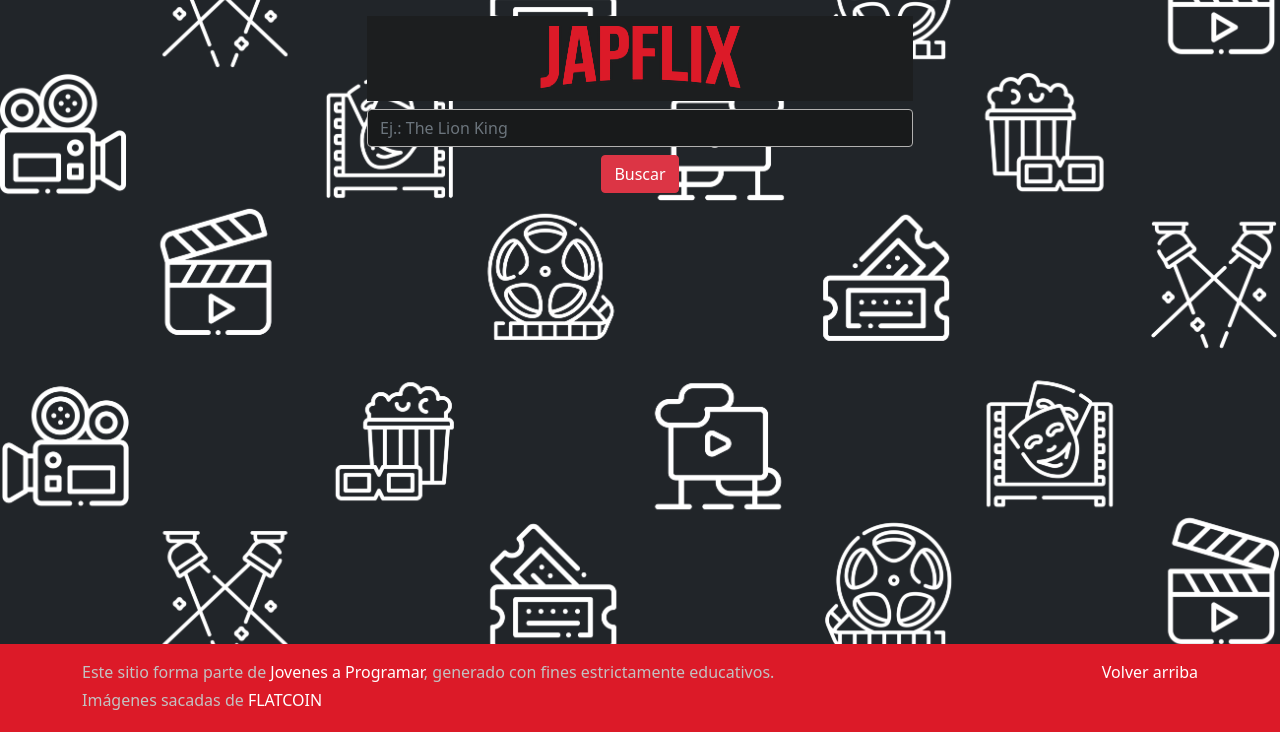
Repository: romancegirl/japflix
Page: index.html
These files come from the project's save history. The page is drawn as it stood at one moment and after the next save; the edit follows.
The browser window is 1280 px wide. The pictures show the whole page.
The page's requests for data from a server got no answer.

Above is the page before, as saved 2024-11-18 18:45:14.

### index.html
<!doctype html>
<html lang="es">

<head>
  <meta charset="utf-8">
  <meta name="viewport" content="width=device-width, initial-scale=1">
  <title>Japflix</title>

  <link href="css/bootstrap.min.css" rel="stylesheet">
  <link rel="stylesheet" href="https://cdnjs.cloudflare.com/ajax/libs/font-awesome/4.7.0/css/font-awesome.min.css">
  <link rel="stylesheet" href="css/style.css">

</head>

<body class="bg-dark d-flex flex-column min-vh-100">

  <main class="flex-grow-1">
    <div class="text-center container">
      <div class="row py-lg-3">
        <div class="col-lg-6 col-md-8 mx-auto">
          <h1 class="fw-light"><img src="img/japflix.png" alt=""></h1>
          <input type="search" class="form-control" name="buscar" id="inputBuscar" placeholder="Ej.: The Lion King">
          <button class="btn btn-danger m-2" id="btnBuscar">Buscar</button>
        </div>
      </div>
    </div>
    <div class="album">
      <ul class="list-group container" id="lista">
      </ul>
    </div>
  </main>

  <footer class="text-muted py-3">
    <div class="container">
      <p class="float-end mb-1">
        <a href="#">Volver arriba</a>
      </p>
      <p class="mb-1">Este sitio forma parte de <a href="https://jovenesaprogramar.edu.uy/" target="_blank">
        Jovenes a Programar</a>, generado con fines estrictamente educativos.</p>
        <p class="mb-1">Imágenes sacadas de <a href="https://www.flaticon.com/free-icon/" target="_blank">FLATCOIN</a></p>
    </div>
  </footer>

  <div class="offcanvas offcanvas-top text-bg-dark" id="movieDetails" tabindex="-1" aria-labelledby="movieDetailsLabel">
    <div class="offcanvas-header bg-dark text-bg-dark">
      <h4 id="movieTitle"></h4>
      <button type="button" class="btn-close btn-close-white" data-bs-dismiss="offcanvas" aria-label="Close"></button>
    </div>
    <div class="offcanvas-body bg-dark text-bg-dark">
      <p id="movieOverview"></p>
      <p><strong>Géneros:</strong> <span id="movieGenres"></span></p>
      <button class="btn btn-danger dropdown-toggle" data-bs-toggle="dropdown" aria-expanded="false" id="btnInfo">Más información</button>
      <ul class="dropdown-menu bg-dark text-bg-dark">
        <li><strong>Año de lanzamiento:</strong> <span id="movieYear"></span></li>
        <hr>
        <li><strong>Duración:</strong> <span id="movieDuration"></span> min</li>
        <hr>
        <li><strong>Presupuesto:</strong> $<span id="movieBudget"></span></li>
        <hr>
        <li><strong>Ganancias:</strong> $<span id="movieRevenue"></span></li>
      </ul>
    </div>
  </div>

  <script src="js/bootstrap.bundle.min.js"></script>
  <script src="js/script.js"></script>
</body>


</html>

### css/style.css
body {
    background-color: #1C1E1F;
    color: #B2B1B0;
    background-image: url('../img/background.png');
    background-size: contain;
    background-position: center;
}

input[type="search"] {
    background-color: #181A1B;
    border: 1px solid #B2B1B0;
    color: #B2B1B0;
}

input[type="search"]:focus {
    box-shadow: 0 0 10px #96242F;
    background-color: #181A1B;
    border: 1px solid #96242F;
    color: #B2B1B0;
}

.fw-light {
    background-color: #1C1E1F;
}

.offcanvas-body {
    background-color: #1C1E1F;
    color: #B2B1B0;
}

.img-card-fit {
    object-fit: cover;
    width: 100%;
    height: auto;
}

.img-cont {
    height: 200px;
    overflow: hidden;
    background-color: beige;
}

.card-content {
    height: 150px;
    overflow: auto;
}

main {
    min-height: calc(100vh - 100px);
}

.checked {
    color: orange;
}

.offcanvas-top {
    height: fit-content;
}

.list-group-item .d-flex {
    gap: 10px;
}

@media (max-width: 768px) {
    .list-group-item .d-flex {
        flex-direction: column;
        align-items: flex-start;
    }

    .list-group-item .d-flex p,
    .list-group-item .d-flex div {
        align-self: flex-start;
        width: 100%;
        margin: 0;
    }

    .list-group-item .d-flex div {
        margin-top: 8px;
    }
}

#movieGenres {
    font-style: italic;
}

.dropdown-menu {
    padding: 1rem 2rem;
    color: #B2B1B0;

}

footer {
    background-color: #DC1A28;
    bottom: 0;
    width: 100%;
    margin-top: 1.5rem;
}

footer p {
    color: #c3c2c2
}

footer a {
    color: #ffffff;
    text-decoration: none;
}

footer a:hover {
    color: #9b9a9b;
    transform: scale(1.05);
    transition: color 0.3s, text-shadow 0.3s;
}


.no-results-message {
    border: 5px dashed red;
    padding: 20px;
    margin: 2rem auto;
    width: fit-content;
    display: flex;
    justify-content: center;
    align-items: center;
}

.double {
    border: 10px double #d71a2d;
}

#movieTitle {
    border: 10px double #d71a2d;
    padding: 10px;
    margin-bottom: 0;
}


#lista > .list-group-item.double:hover {
    background-color: #393939 !important; /* Un color más claro */
    transition: background-color 0.5s ease, box-shadow 0.5s ease;
    box-shadow: 0 4px 8px rgba(0, 0, 0, 0.3); /* Sombra */
    cursor: pointer;
}

### js/script.js
document.addEventListener("DOMContentLoaded", () => {
    fetchMovies();
});

let moviesData = [];

async function fetchMovies() {
    try {
        const response = await fetch("https://japceibal.github.io/japflix_api/movies-data.json");
        moviesData = await response.json();
    } catch (error) {
        console.error("Error al obtener datos de la API:", error);
    }
}


document.getElementById("btnBuscar").addEventListener("click", () => searchMovies());

document.getElementById("inputBuscar").addEventListener("keydown", (event) => {
    if (event.key === "Enter") {
        event.preventDefault();
        searchMovies();
    }
});


function searchMovies() {
    const searchTerm = document.getElementById("inputBuscar").value.toLowerCase();
    if (searchTerm) {
        const results = moviesData.filter(movie =>
            movie.title.toLowerCase().includes(searchTerm) ||
            movie.genres.some(genre => genre.name.toLowerCase().includes(searchTerm)) ||
            (movie.tagline && movie.tagline.toLowerCase().includes(searchTerm)) ||
            (movie.overview && movie.overview.toLowerCase().includes(searchTerm))
        );
        displayMovies(results);
    }
}


function displayMovies(movies) {
    const lista = document.getElementById("lista");
    lista.innerHTML = "";

    if (movies.length === 0) {
        const noResultsMessage = document.createElement("li");
        noResultsMessage.className = "list-group-item bg-dark text-white text-center no-results-message";
        noResultsMessage.innerHTML = `
            <h3><strong>¡Ups! No hemos encontrado ninguna película. ¡Vuelve a intentarlo!</strong></h3>
        `;
        lista.appendChild(noResultsMessage);
    } else {
        movies.forEach(movie => {
            const listItem = document.createElement("li");
            listItem.className = "list-group-item bg-dark text-white double";
            listItem.innerHTML = `
                <h5>${movie.title}</h5>
                <div class="d-flex justify-content-between align-items-center">
                    <p><i>${movie.tagline}</i></p>
                    <div>${renderStars(movie.vote_average)}</div>
                </div>
            `;
            listItem.addEventListener("click", () => showMovieDetails(movie));
            lista.appendChild(listItem);
        });
    }
}



function renderStars(vote) {
    let stars = "";
    for (let i = 1; i <= 5; i++) {
        stars += `<span class="fa fa-star ${i <= vote / 2 ? "checked" : ""}"></span>`;
    }
    return stars;
}


function showMovieDetails(movie) {
    document.getElementById("movieTitle").textContent = movie.title;
    document.getElementById("movieOverview").textContent = movie.overview;
    document.getElementById("movieGenres").textContent = movie.genres.map(genre => genre.name).join(", ");
    document.getElementById("movieYear").textContent = new Date(movie.release_date).getFullYear();
    document.getElementById("movieDuration").textContent = movie.runtime;
    document.getElementById("movieBudget").textContent = movie.budget.toLocaleString();
    document.getElementById("movieRevenue").textContent = movie.revenue.toLocaleString();

    const offcanvas = new bootstrap.Offcanvas(document.getElementById("movieDetails"));
    offcanvas.show();
}

Loaded but not shown: css/bootstrap.min.css (library); js/bootstrap.bundle.min.js (library)

After the next save:
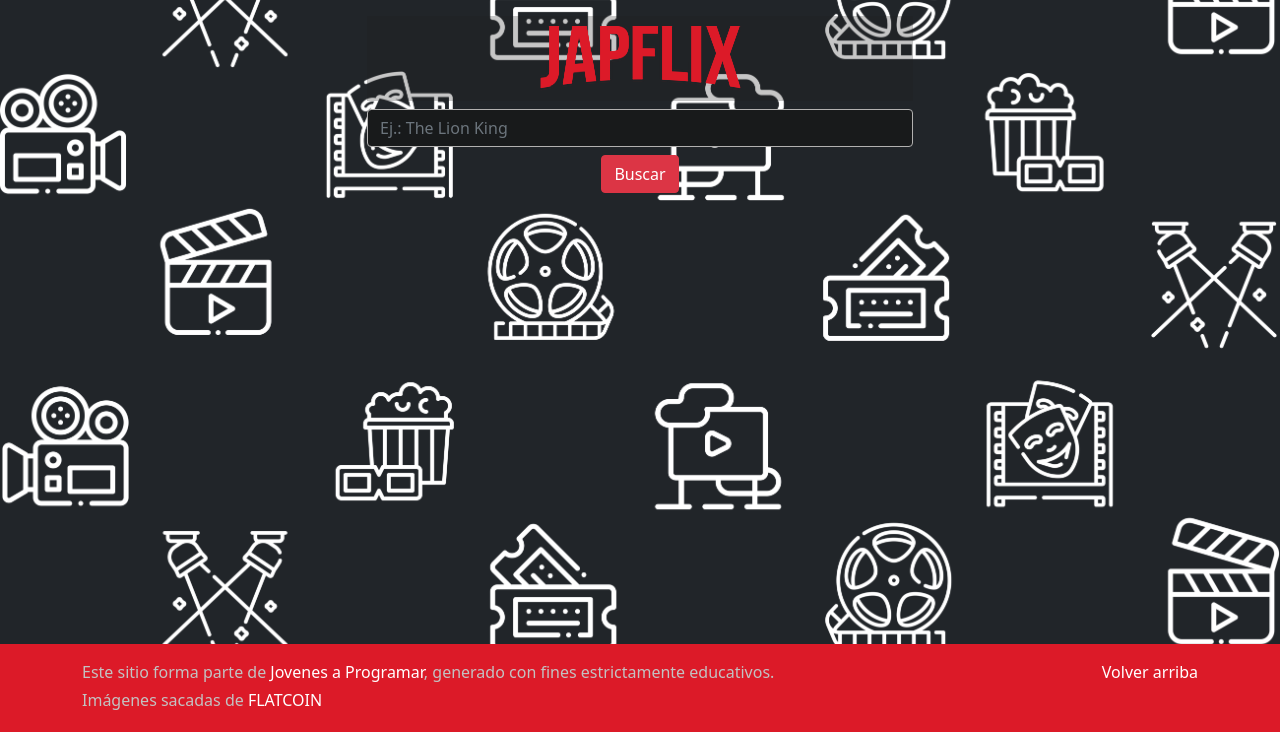
Saved 19 s later.
--- a/css/style.css
+++ b/css/style.css
@@ -20,7 +20,7 @@
 }
 
 .fw-light {
-    background-color: #1C1E1F;
+    background-color: #1c1e1f40;
 }
 
 .offcanvas-body {
